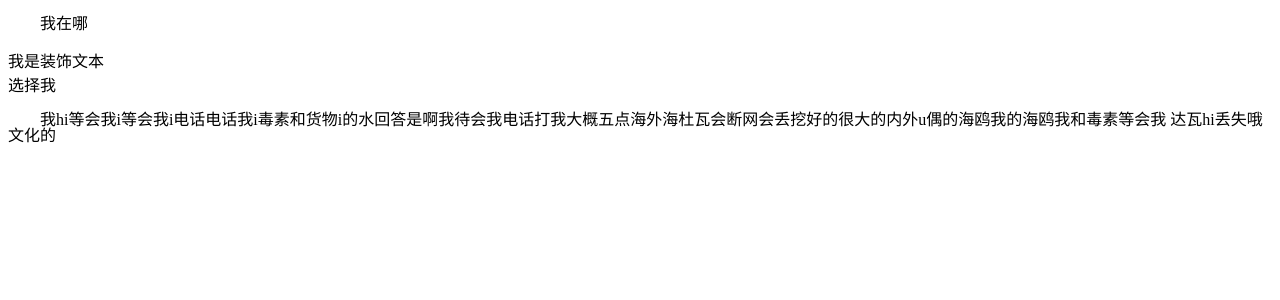
Repository: Qwenicq/My_project
Page: html/CSS_Learnin/04_text.html
An editor plug-in stored every save of this project. The page is shown before and after the next save, followed by the edit.
The browser window is 1280 px wide. The pictures show the whole page.

Above is the page before, as saved 2023-03-30 22:26:35.

After the next save:
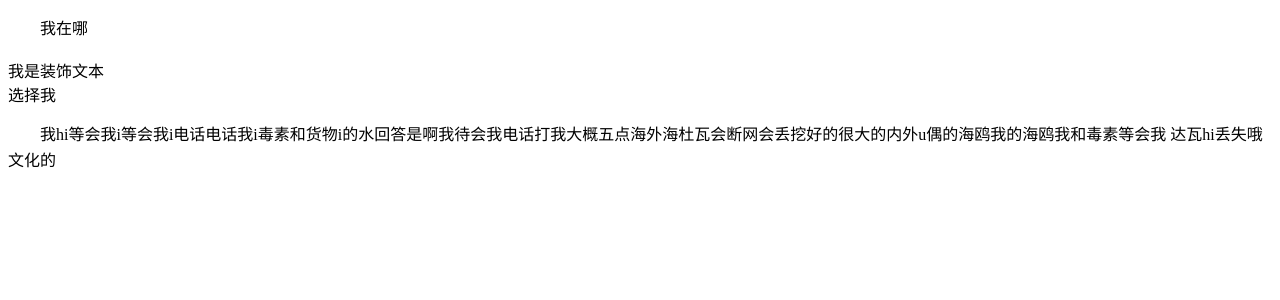
Saved 75 s later.
--- a/html/CSS_Learnin/04_text.html
+++ b/html/CSS_Learnin/04_text.html
@@ -13,7 +13,7 @@
             /* text-indent: 20px; */
             /* em是个相对单位，默认为一个字节 */
             text-indent: 2em;
-            line-height: 16px;
+            line-height: 26px;
         }
         div {
             /* text-decoration: underline; */
